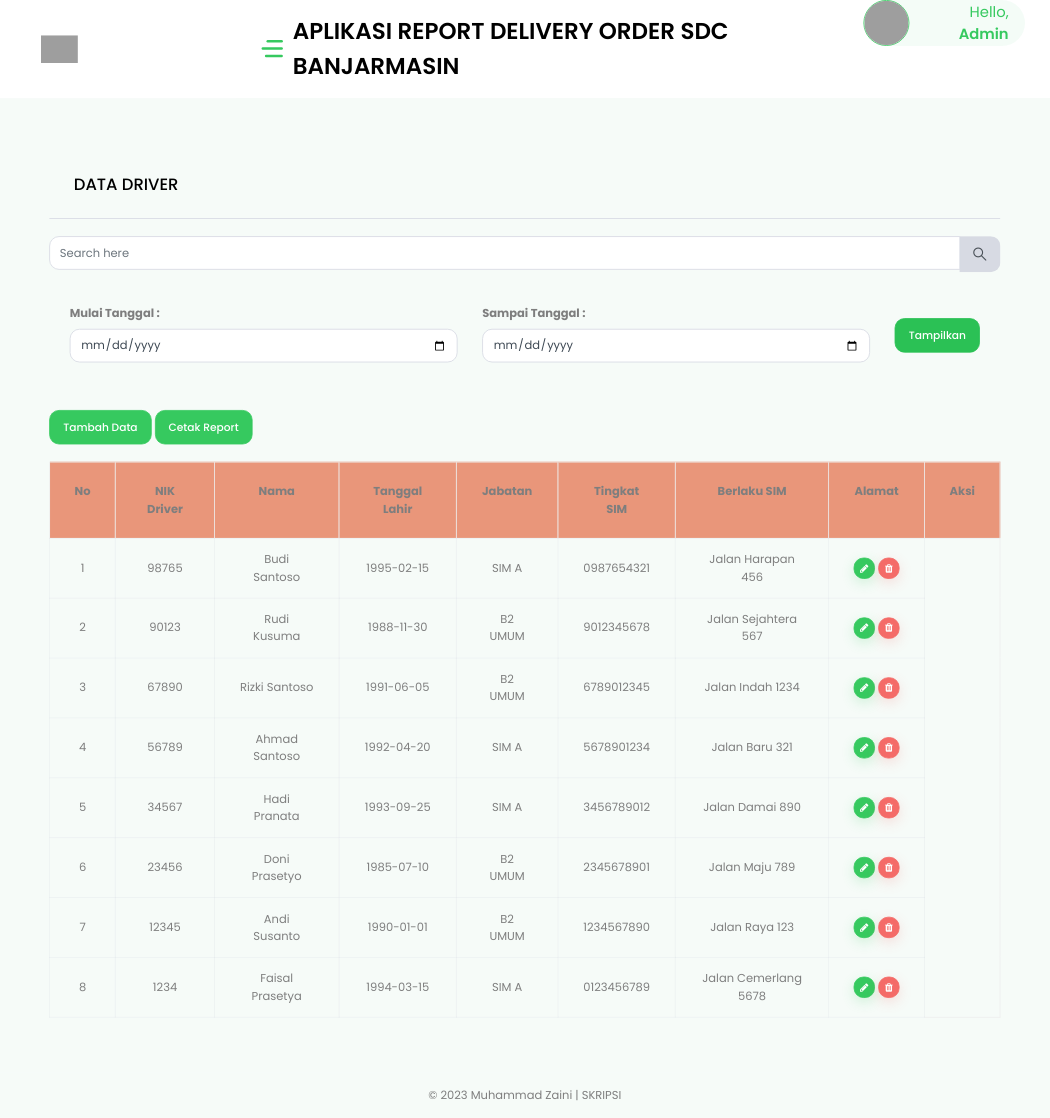
Repository: muhammadzainiy31/skripsi
Page: http://localhost/driver/index.php
The author's editor kept a copy of each file at every save. The page is drawn from the files as they stood at one save, then again after the next save.
The browser window is 1280 px wide. The pictures show the whole page, at 82% of full size.
Pictures or frames that could not be fetched are drawn as grey boxes. The page is run by PHP 8.4 with error messages shown; the project is at /var/www/html/. The database holds what the project's SQL file puts in it.

Above is the page before, as saved 2023-07-01 21:55:29.

After the next save:
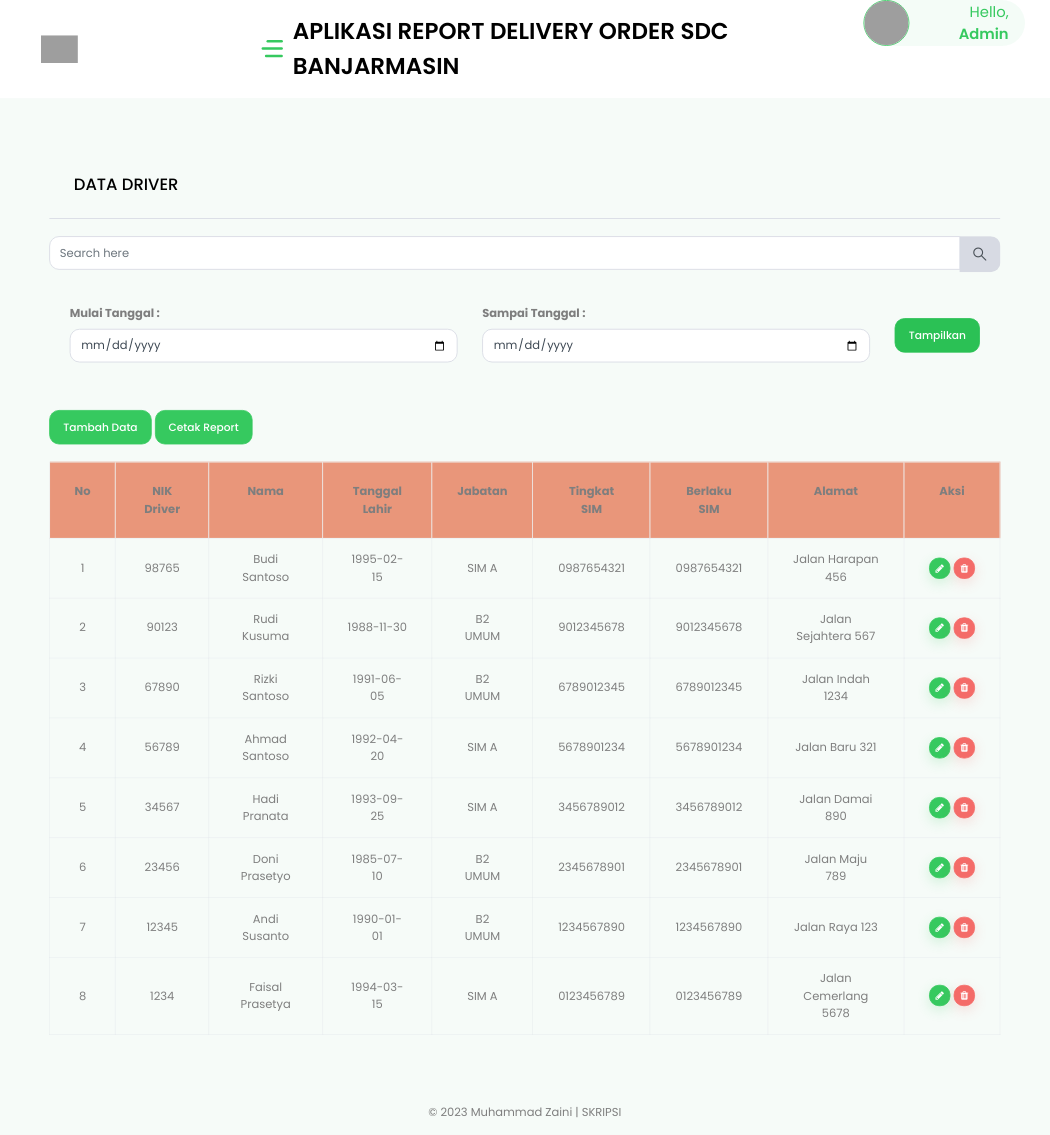
Saved 5 s later.
--- a/driver/index.php
+++ b/driver/index.php
@@ -122,6 +122,7 @@
                                     <td><?php echo $hasil['tanggal_lahir'] ?></td>
                                     <td><?php echo $hasil['jabatan'] ?> </td>
                                     <td><?php echo $hasil['sim'] ?></td>
+                                    <td><?php echo $hasil['sim'] ?></td>
                                     <td><?php echo $hasil['alamat_driver'] ?></td>
                                     <td>
 
